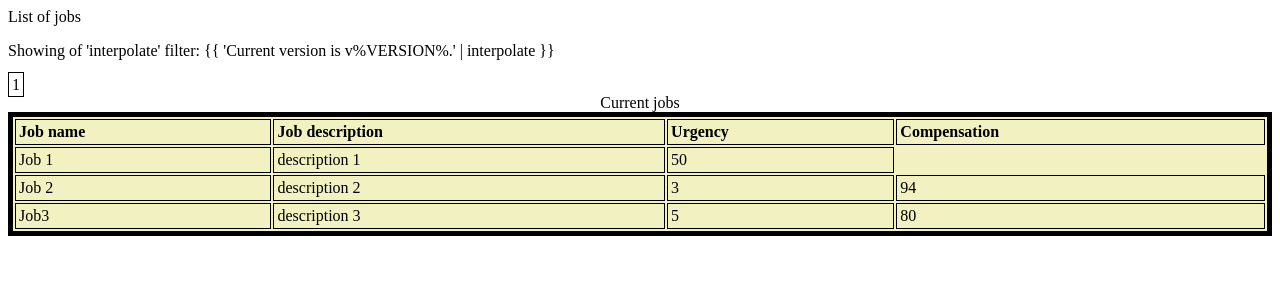
Repository: ultra-koder/JobMarket
Page: angular-seed/app/view2/findjob.html
The author's editor kept a record of every edit. The page is drawn from the files as they stood at one moment, then again after the next edit.
The browser window is 1280 px wide. The pictures show the whole page.

Above is the page before.

### angular-seed/app/view2/findjob.html
<p>List of jobs</p>
<p>
  Showing of 'interpolate' filter:
  {{ 'Current version is v%VERSION%.' | interpolate }}
</p>


<style>
table, th, td, tm {
    border: 1px solid black;
}
th, td {
    padding: 3px;
    text-align: left;
}
tm {
  padding: 3px;
  text-align: left;
}
table#t01 {
    width: 100%;
    border-width: 5px;
    background-color: #f1f1c1;
}
</style>


<table id=t01>
  <caption>Current jobs</caption>
  <tr>
    <th>Job name</th>
    <th>Job description</th>
    <th>Urgency</th>
    <th>Compensation</th>
  </tr>
  <tr>
    <td>Job 1</td>
    <td>description 1</td>
    <tm>1</tm>
    <td>50</td>
  </tr>
  <tr>
    <td>Job 2</td>
    <td>description 2</td>
    <td>3</td>
    <td>94</td>
  </tr>
  <tr>
    <td>Job3</td>
    <td>description 3</td>
    <td>5</td>
    <td>80</td>
  </tr>
</table>

After the next edit:
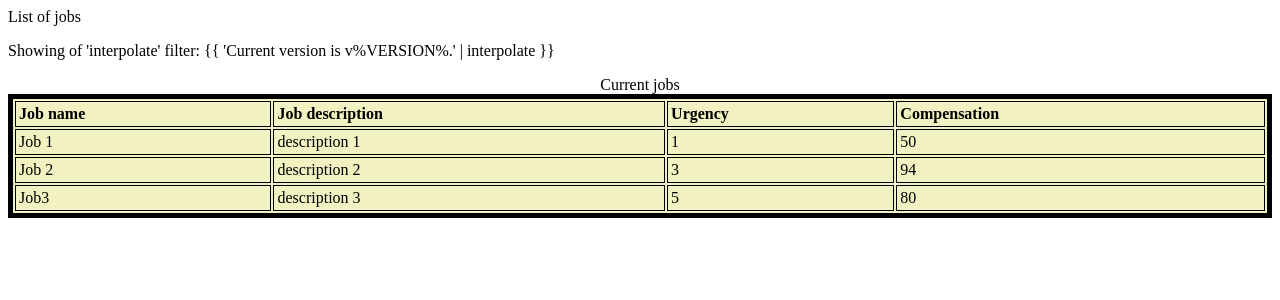
The edit:
--- a/angular-seed/app/view2/findjob.html
+++ b/angular-seed/app/view2/findjob.html
@@ -36,7 +36,7 @@
   <tr>
     <td>Job 1</td>
     <td>description 1</td>
-    <tm>1</tm>
+    <td>1</td>
     <td>50</td>
   </tr>
   <tr>
